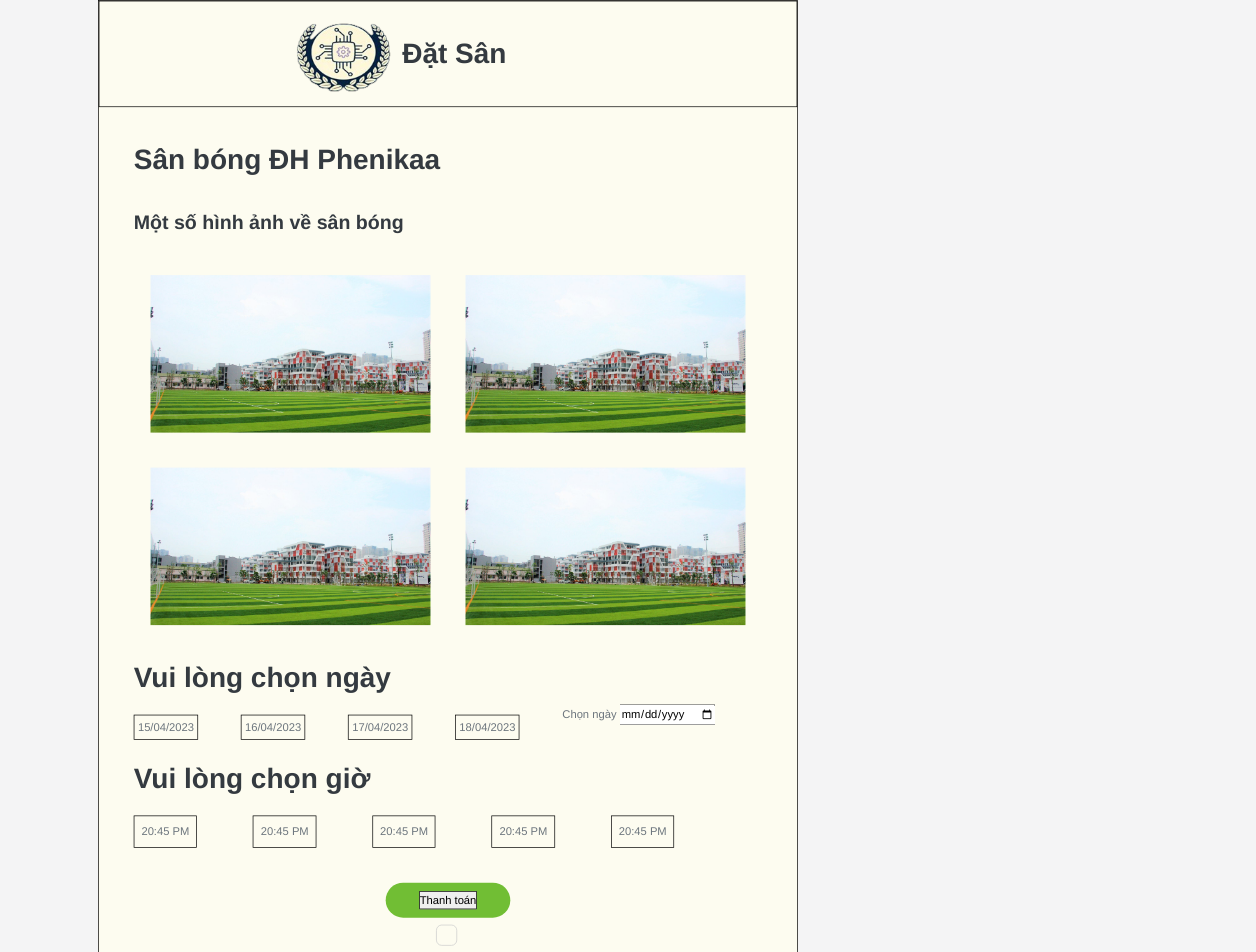
Repository: tus3300/BTL
Page: code/tacket.html
An editor plug-in stored every save of this project. The page is shown before and after the next save, followed by the edit.
The browser window is 1280 px wide. The page is 1280 px wide, then 1794 px, then 1280 px, so the pictures cover 1794 px, including what lies to the right of the window. The pictures show the part of the page from y = 0 to 1360 px (the page is 1562 px tall before and 4641 px after), at 70% of full size.

Above is the page before, as saved 2023-05-21 00:00:04.

After the next save:
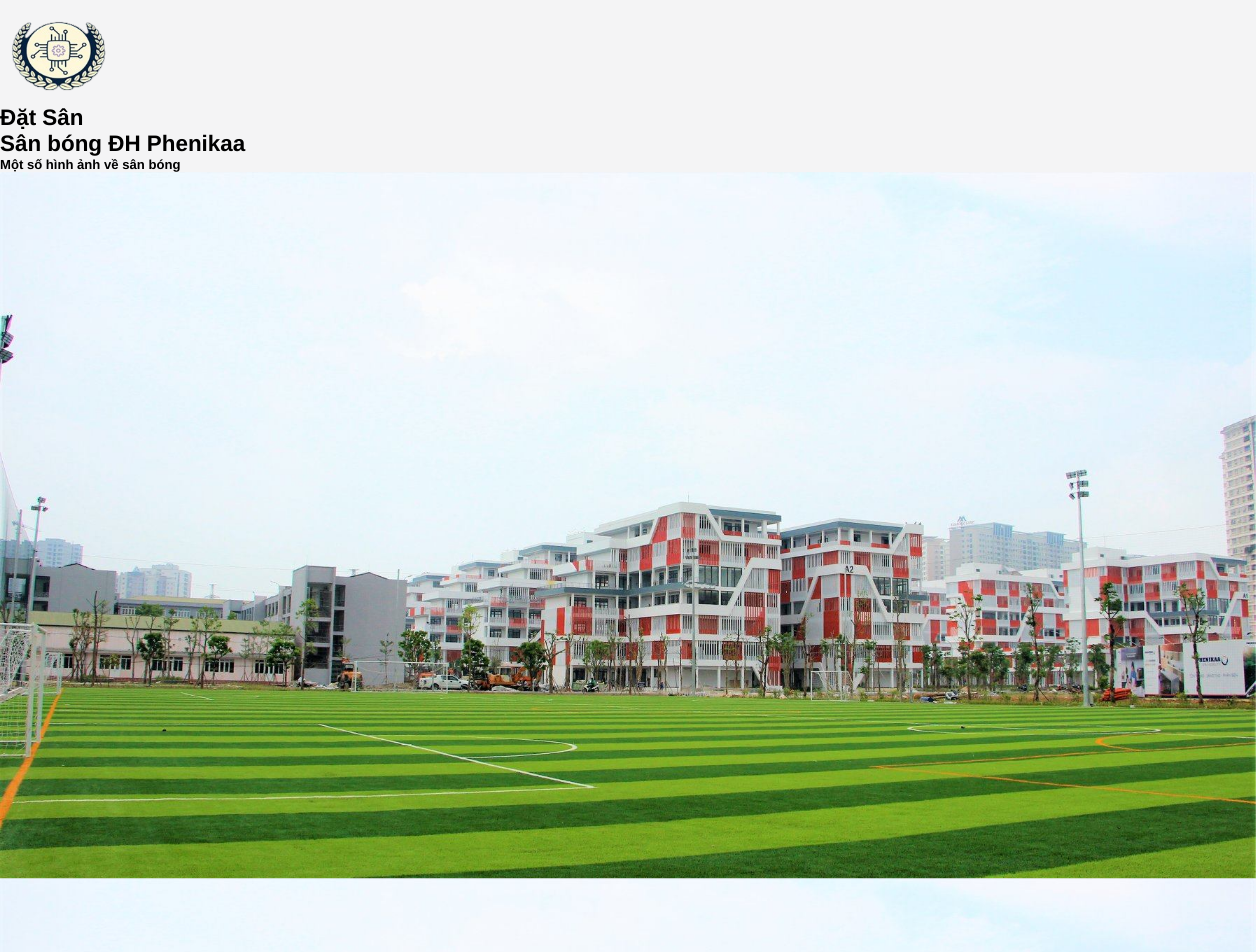
Saved 4 min 42 s later.
--- a/code/tacket.html
+++ b/code/tacket.html
@@ -1,5 +1,5 @@
 <div class="tacket">
-    <link href="css/style.css" rel="stylesheet">
+
     <link href="https://cdnjs.cloudflare.com/ajax/libs/font-awesome/5.15.0/css/all.min.css" rel="stylesheet">
     <link href="lib/owlcarousel/assets/owl.carousel.min.css" rel="stylesheet">
     <link rel="stylesheet" href="css/test.css">

After the save that followed:
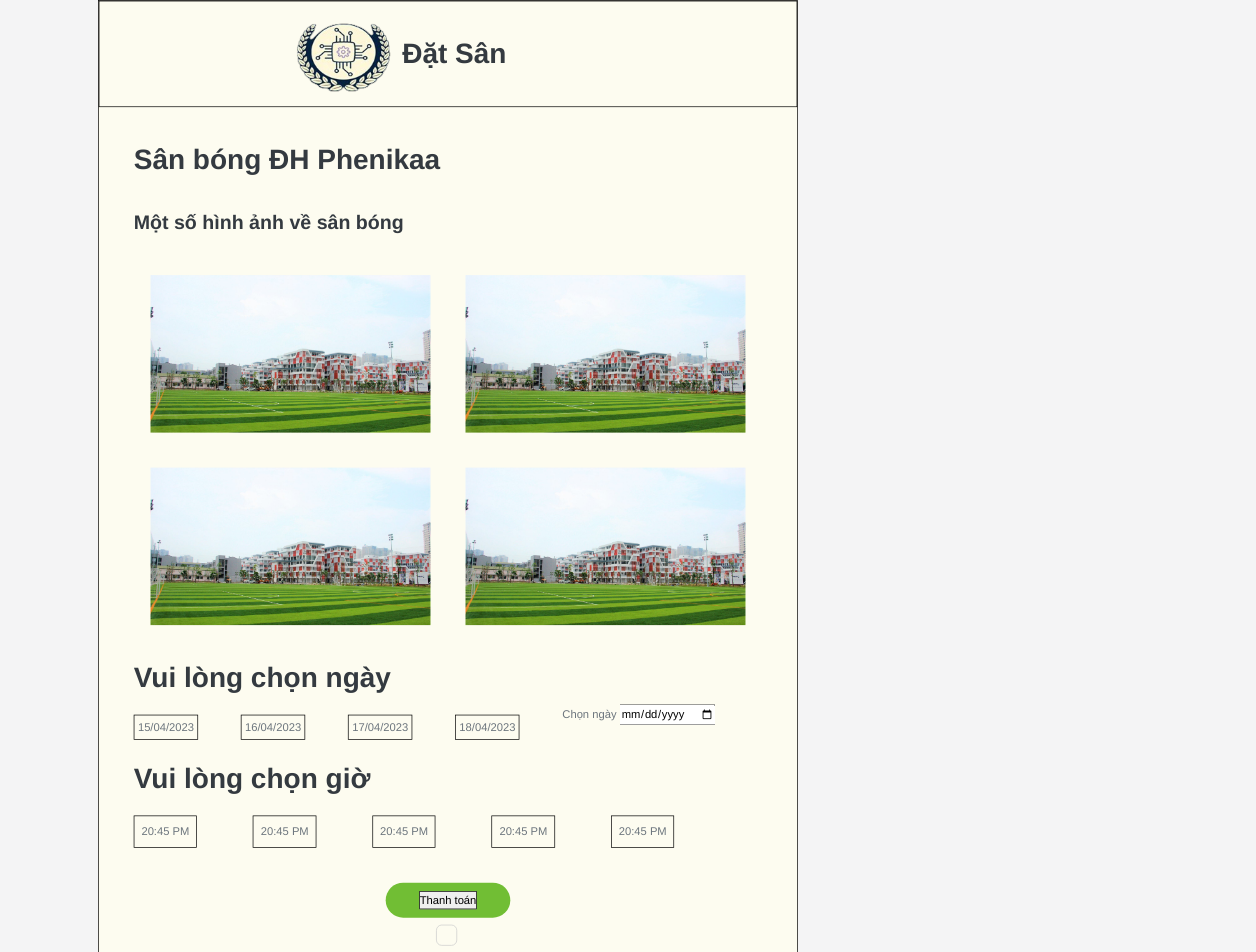
Saved 7 min 18 s later.
--- a/code/tacket.html
+++ b/code/tacket.html
@@ -1,5 +1,5 @@
 <div class="tacket">
-
+    <link href="css/style.css" rel="stylesheet">
     <link href="https://cdnjs.cloudflare.com/ajax/libs/font-awesome/5.15.0/css/all.min.css" rel="stylesheet">
     <link href="lib/owlcarousel/assets/owl.carousel.min.css" rel="stylesheet">
     <link rel="stylesheet" href="css/test.css">
